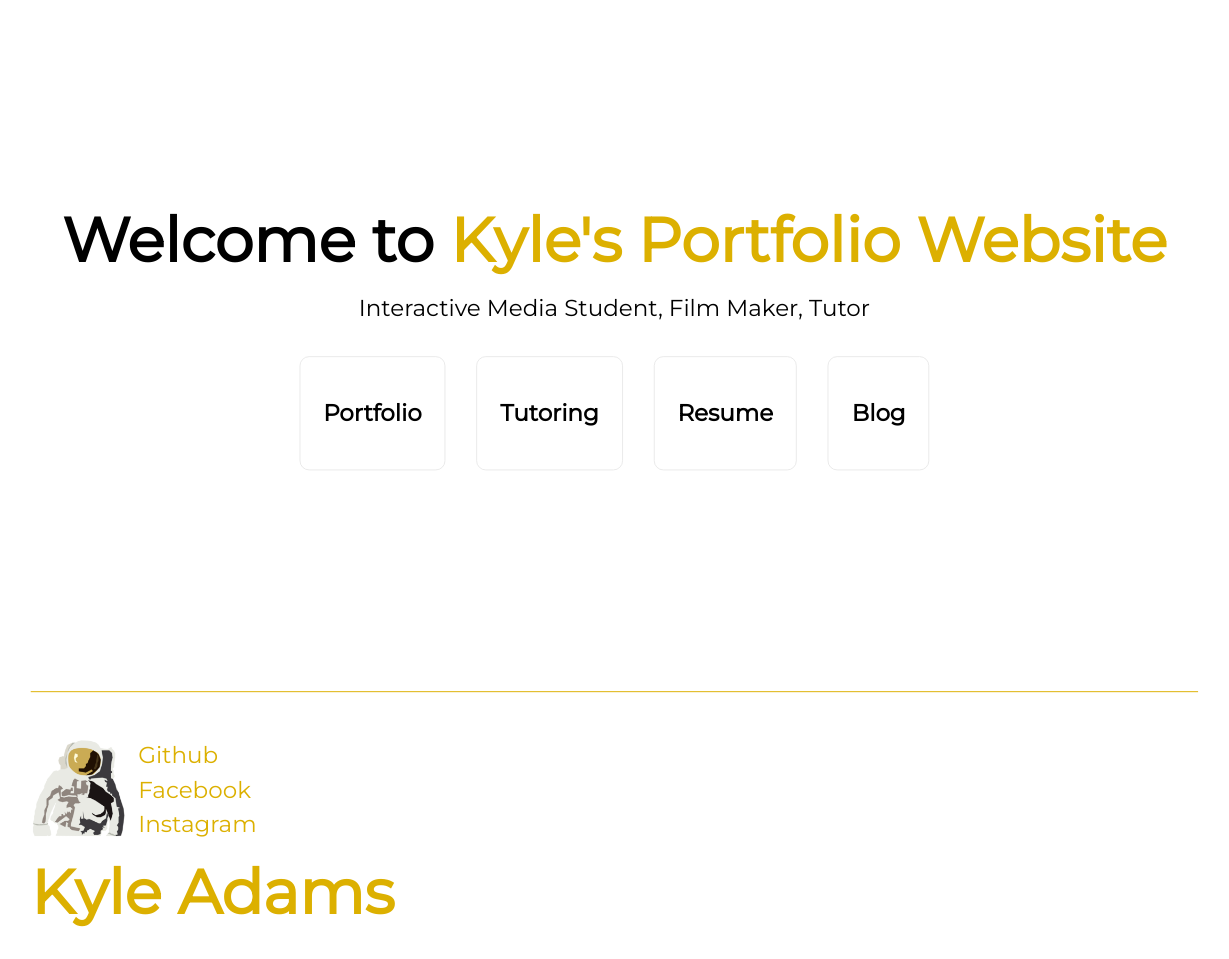
Repository: neomort/CL-portfolio-site
Page: /
The author's editor kept a copy of each file at every save. The page is drawn from the files as they stood at one save, then again after the next save.
The browser window is 1280 px wide. The pictures show the whole page, at 96% of full size.
The project was rebuilt for these pictures with package versions that can differ from the ones it lists, and the page was loaded fresh each time. The framework's server and built-in components were replaced by stand-ins that run in the browser. Also part of the build but not shown: next.config.js.

Above is the page before, as saved 2021-12-14 15:07:53.

After the next save:
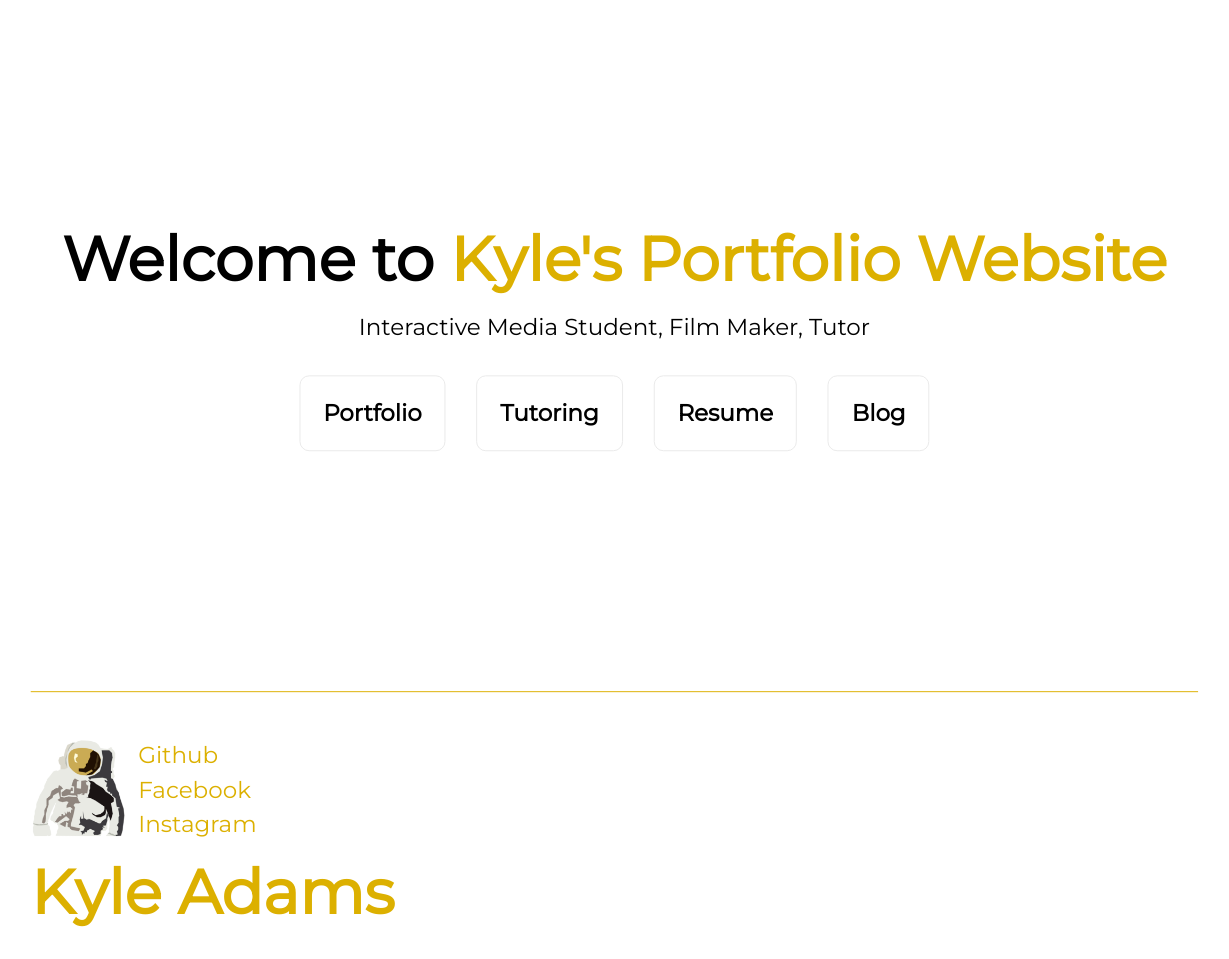
Saved 24 s later.
--- a/styles/Home.module.css
+++ b/styles/Home.module.css
@@ -99,7 +99,7 @@
 }
 
 .card h2 {
-  /* margin: 0 0 1rem 0; */
+  margin: 0 0 0rem 0;
   font-size: 1.5rem;
 }
 
